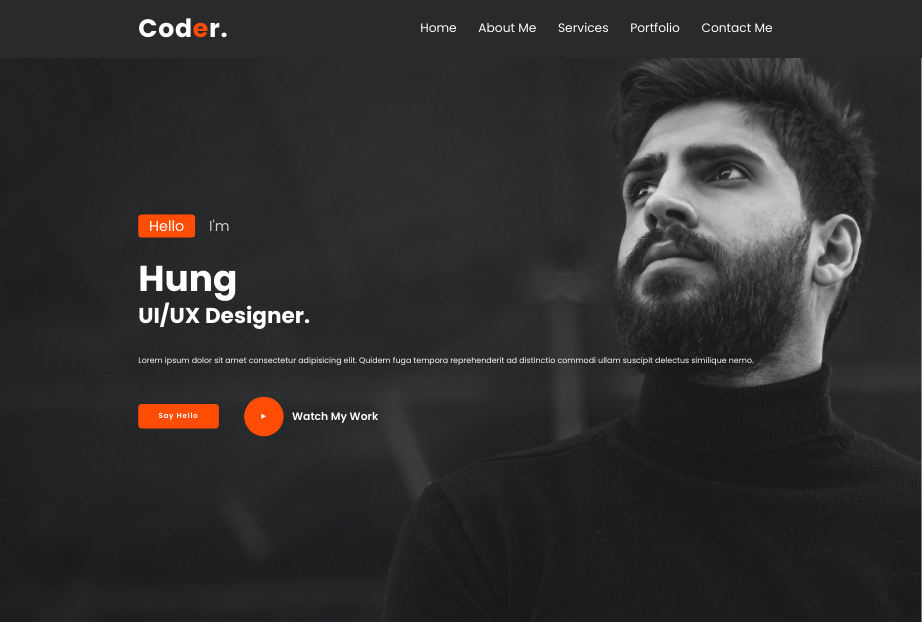
Repository: HungNg99/Protifolio2
Page: Portfolio/index.html
An editor plug-in stored every save of this project. The page is shown before and after the next save, followed by the edit.
The browser window is 1280 px wide. The pictures show the whole page, at 72% of full size.

Above is the page before, as saved 2022-12-09 10:16:21.

### Portfolio/index.html
<!DOCTYPE html>
<html lang="en">

<head>
    <meta charset="UTF-8">
    <meta http-equiv="X-UA-Compatible" content="IE=edge">
    <meta name="viewport" content="width=device-width, initial-scale=1.0">
    <title>Portfolio</title>
    <link rel="stylesheet" href="./reset.css">
    <link rel="stylesheet" href="./style.css">
    <link rel="stylesheet" href="https://cdnjs.cloudflare.com/ajax/libs/font-awesome/6.2.1/css/all.min.css"
        integrity="sha512-MV7K8+y+gLIBoVD59lQIYicR65iaqukzvf/nwasF0nqhPay5w/9lJmVM2hMDcnK1OnMGCdVK+iQrJ7lzPJQd1w=="
        crossorigin="anonymous" referrerpolicy="no-referrer" />

        <link rel="stylesheet"
        href="https://unpkg.com/boxicons@latest/css/boxicons.min.css">

    <link
        href="https://fonts.googleapis.com/css2?family=Montserrat:wght@800&family=Poppins:ital,wght@0,300;0,400;0,600;0,700;1,600&family=Roboto:wght@300;500&display=swap"
        rel="stylesheet">
</head>

<body>
    <!-- header design-->
    <header>
        <a href="#" class="logo">Cod<span>e</span>r.</a>
        <ul class="nav-list">
            <li><a href="#home" class="nav-link">
                    Home
                </a></li>
            <li><a href="#about" class="nav-link">
                    About Me
                </a></li>
            <li><a href="#services" class="nav-link">
                    Services
                </a></li>
            <li><a href="#portfolio" class="nav-link">
                    Portfolio
                </a></li>
            <li><a href="#contact" class="nav-link">
                    Contact Me
                </a></li>
        </ul>

        <div class="bx bx-menu" id="menu-icon">
        </div>
    </header>

    <!-- home section design -->
    <section class="home" id="home">
       <div class="home-text">
        <div class="slide">
            <span class="one">Hello</span>
            <span class="two">I'm</span>
        </div>
        <h1>Hung</h1>
        <h3>UI/UX <span>Designer.</span> </h3>
        <p>Lorem ipsum dolor sit amet consectetur adipisicing elit. Quidem fuga tempora reprehenderit ad distinctio commodi ullam suscipit delectus similique nemo.</p>
        <div class="button">
            <a href="#" class="btn">Say Hello</a>
            <a href="#" class="btn2"><span><i class='bx bx-play'></i>Watch My Work</span></a>
        </div>
       </div>
    </section>
    <script src="./scripts.js"></script>
</body>

</html>

### Portfolio/reset.css
html {
    box-sizing: border-box;
  }
  * {
    margin: 0;
    padding: 0;
  }
  *,
  *:before,
  *:after {
    box-sizing: border-box;
  }
  input,
  textarea,
  select,
  button {
    outline: none;
  }
  input {
    line-height: normal;
  }
  label,
  button {
    cursor: pointer;
  }
  a {
    text-decoration: none;
  }
  img {
    display: block;
    max-width: 100%;
  }
  *,
  *:before,
  *:after {
    box-sizing: border-box;
  }
  /* using rem unit */
  html {
    font-size: 62.5%;
  }
  a {
    text-decoration: none;
  }
  img {
    display: block;
    max-width: 100%;
  }
  body {
    font-family: "Poppins", sans-serif;
    font-size: 16px;
    line-height: 1;
    list-style: none;
    scroll-behavior: smooth;
    /* height: 200vh; */
  }

### Portfolio/style.css
:root {
    --bg-color: #2a2a2a;
    --second-bg-color: #202020;
    --text-color: #fff;
    --second-color: #ccc;
    --main-color: #ff4d05;
    --big-font: 5rem;
    --h2-font: 3rem;
    --p-font: 1.1rem;
}

header {
    position: fixed;
    width: 100%;
    top: 0;
    right: 0;
    z-index: 1000;
    align-items: center;
    justify-content: space-between;
    background: var(--bg-color);
    padding: 22px 15%;
    border-bottom: 1px solid transparent;
    transition: all 0.45s ease;
    display: flex;
    justify-content: space-between;
    align-items: center;
}

.logo {
    color: var(--text-color);
    font-size: 35px;
    font-weight: 700;
    letter-spacing: 1px;
}

.logo span {
    color: var(--main-color);
}

.nav-list {
    display: flex;
    list-style: none;
}

.nav-list .nav-link {
    color: var(--text-color);
    margin: 0 15px;
    font-size: 17px;
    font-weight: 500;
    transition: all 0.45s ease;
}

.nav-list .nav-link:hover {
    color: var(--main-color);
}

.nav-list .nav-link.active {
    color: var(--main-color);
}

#menu-icon {
    color: var(--text-color);
    font-size: 35px;
    z-index: 10001;
    cursor: pointer;
    margin-left: 25px;
    display: none;

}

section {
    padding: 160px 15% 120px;
}

.home {
    position: relative;
    background-image: url(./img/background.jpg);
    background-repeat: no-repeat;
    background-position: center;
    background-size: cover;
    height: 120vh;
    width: 100%;
    display: flex;
    align-items: center;
    justify-content: flex-start;
}

.slide {
    margin-bottom: 30px;
}

.one {
    display: inline-block;
    margin-right: 15px;
    height: 32px;
    padding: 0 15px;
    line-height: 32px;
    font-size: 20px;
    font-weight: 500;
    border-radius: 5px;
    background-color: var(--main-color);
    color: var(--text-color);
}

.two {
    display: inline-block;
    color: var(--second-color);
    font-size: 20px;
    font-weight: 500;
}
.home-text h1 {
    font-size: var(--big-font);
    font-weight: 700;
    color: var(--text-color);
    line-height:1.1;
    margin: 0 0 8px;
}
.home-text h3{
    color: var(--text-color);
    margin: 0 0 35px;
    font-size: 3rem;
    font-weight: 700;
    line-height:1.1;
}
.home-text p{
    color: var(--text-color);
    font-size: var(--p-font);
    line-height:1.8;
    margin-bottom: 40px;
}
.button{
    display:flex;
    align-items: center;
    justify-content: flex-start;
}
.btn{
    display: inline-block;
    padding: 12px 28px;
    background: var(--main-color);
    border-radius: 5px;
    color: var(--text-color);
    font-size:1rem;
    letter-spacing: 1px;
    font-weight: 600;
    transition: all 0.45s ease;
}
.btn:hover{
    transform: scale(1.1);
}
.btn2{
    display: inline-flex;
    align-items: center;
    justify-content: center;
    font-size: 15px;
    font-weight:600;
    color: var(--text-color);
    margin-left: 35px;
}
.btn2 span{
    display: inline-flex;
    align-items: center;
    justify-content: center;
}
.btn2 span i{
    margin-right: 12px;
    height: 55px;
    width: 55px;
    border-radius: 50%;
    display: flex;
    align-items: center;
    justify-content: center;
    transition: all 0.45s ease;
    background-color: var(--main-color);
    color: var(--text-color);
}
.btn2 span i:hover{
    transform: scale(0.9);
}

Loaded but not shown: Portfolio/scripts.js (no copy from this time; the picture is the same without it)

After the next save:
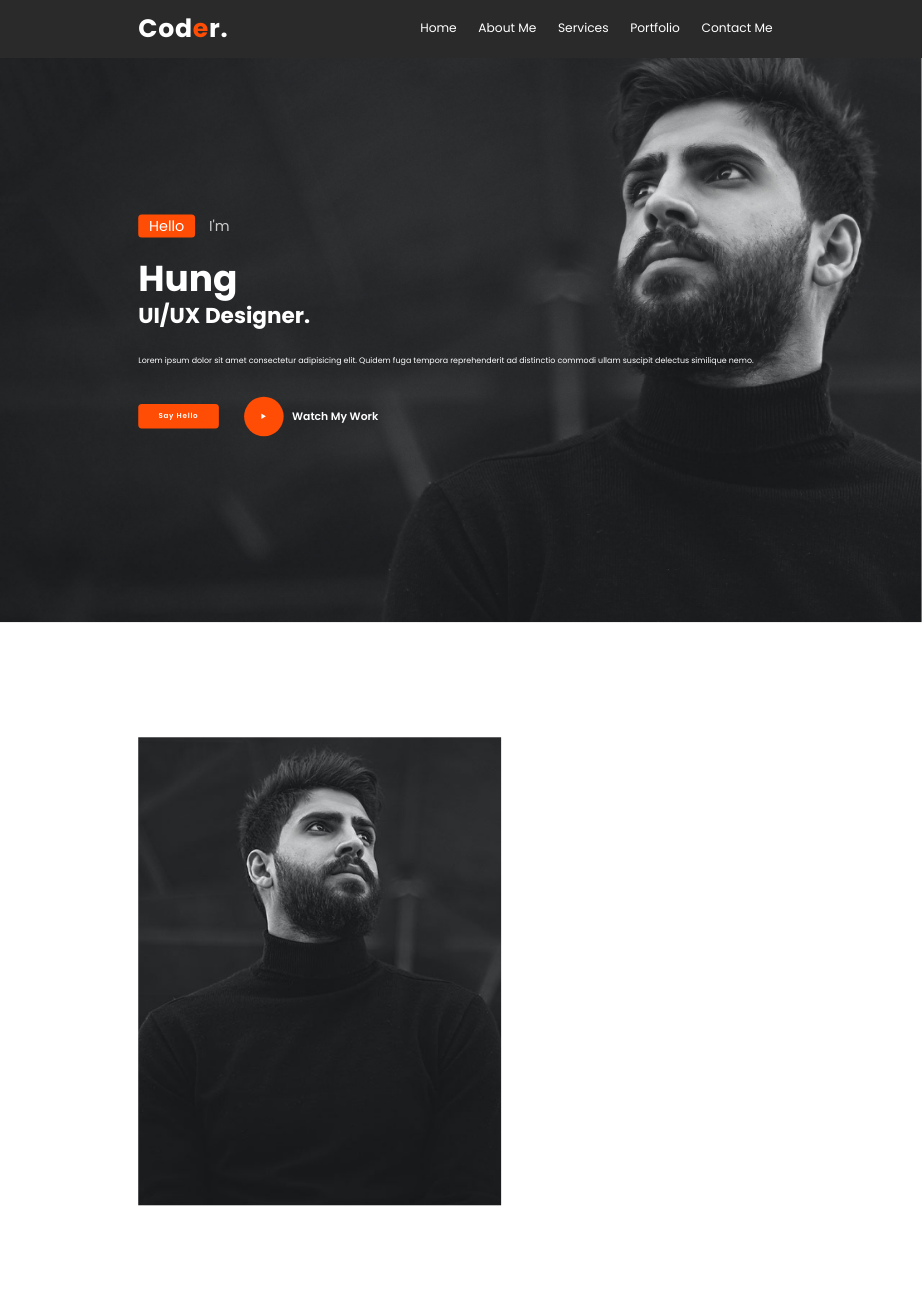
Saved 116 s later.
--- a/Portfolio/index.html
+++ b/Portfolio/index.html
@@ -62,6 +62,13 @@
         </div>
        </div>
     </section>
+
+    <!-- about section design -->
+    <section class="about" id="about">
+        <div class="about-img">
+            <img src="./img/about.jpg" alt="">
+        </div>
+    </section>
     <script src="./scripts.js"></script>
 </body>
 
